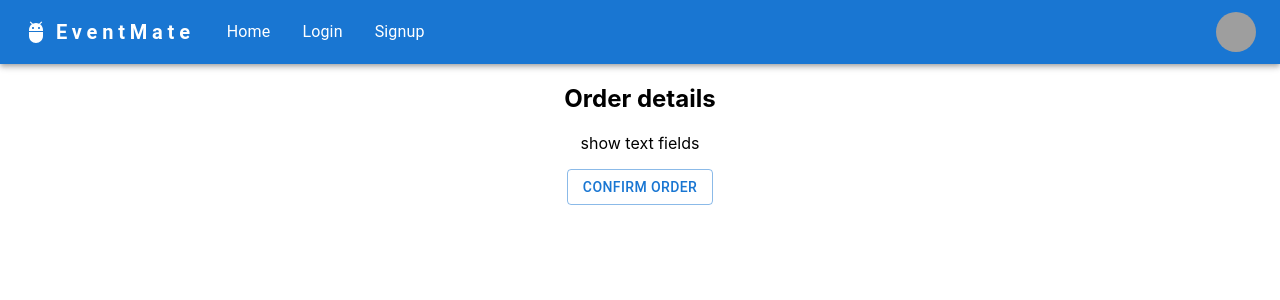
Repository: Farida-Yeasmin-Mim/EventMate_Frontend
Page: /Order_details
The author's editor kept a copy of each file at every save. The page is drawn from the files as they stood at one save, then again after the next save.
The browser window is 1280 px wide. The pictures show the whole page.
Pictures or frames that could not be fetched are drawn as grey boxes. The project was rebuilt for these pictures with package versions that can differ from the ones it lists, and the page was loaded fresh each time. Also part of the build but not shown: src/pages/auth/Login.js, src/components/seletionTextField/selectGender.js, src/pages/auth/Signup.js, src/components/vendor/RegVendor.js, src/components/offer.js, src/components/productcategories.js, src/components/icontabs.js, src/components/cards/decoration.js and 10 more. Imported but missing from the stored project, and not drawn on this page: src/components/PostRequest.

Above is the page before, as saved 2022-07-23 01:53:54.

After the next save:
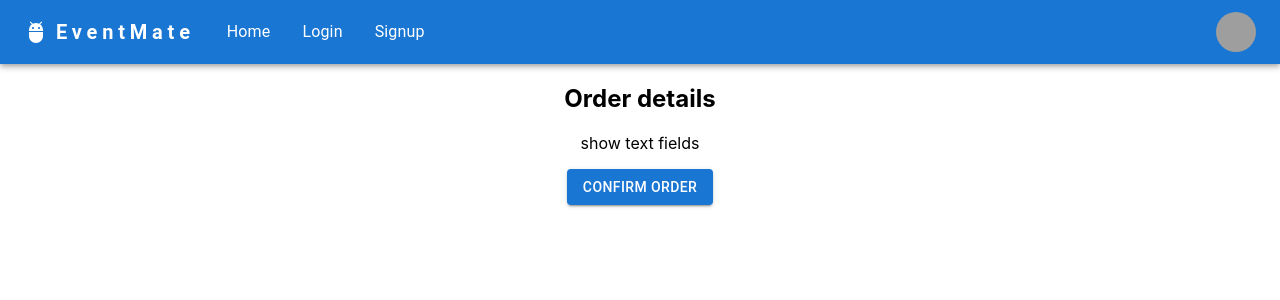
Saved 71 s later.
--- a/src/components/event/OrderDetails.js
+++ b/src/components/event/OrderDetails.js
@@ -1,6 +1,8 @@
 import React from 'react';
 import Button from '@mui/material/Button';
 import {Grid} from '@mui/material';
+import { Link as RLink } from "react-router-dom";
+
 
 function OrderDetails(props) {
     return (
@@ -8,7 +10,7 @@ function OrderDetails(props) {
             <Grid align='center'>
                 <h2>Order details</h2>
                 <p>show text fields</p>
-                <Button variant="outlined">Confirm Order</Button>
+                <RLink to="/Order_details" style={{ textDecoration: 'none' }}><Button variant="contained">Confirm Order</Button></RLink>
 
             </Grid>
         </div>
